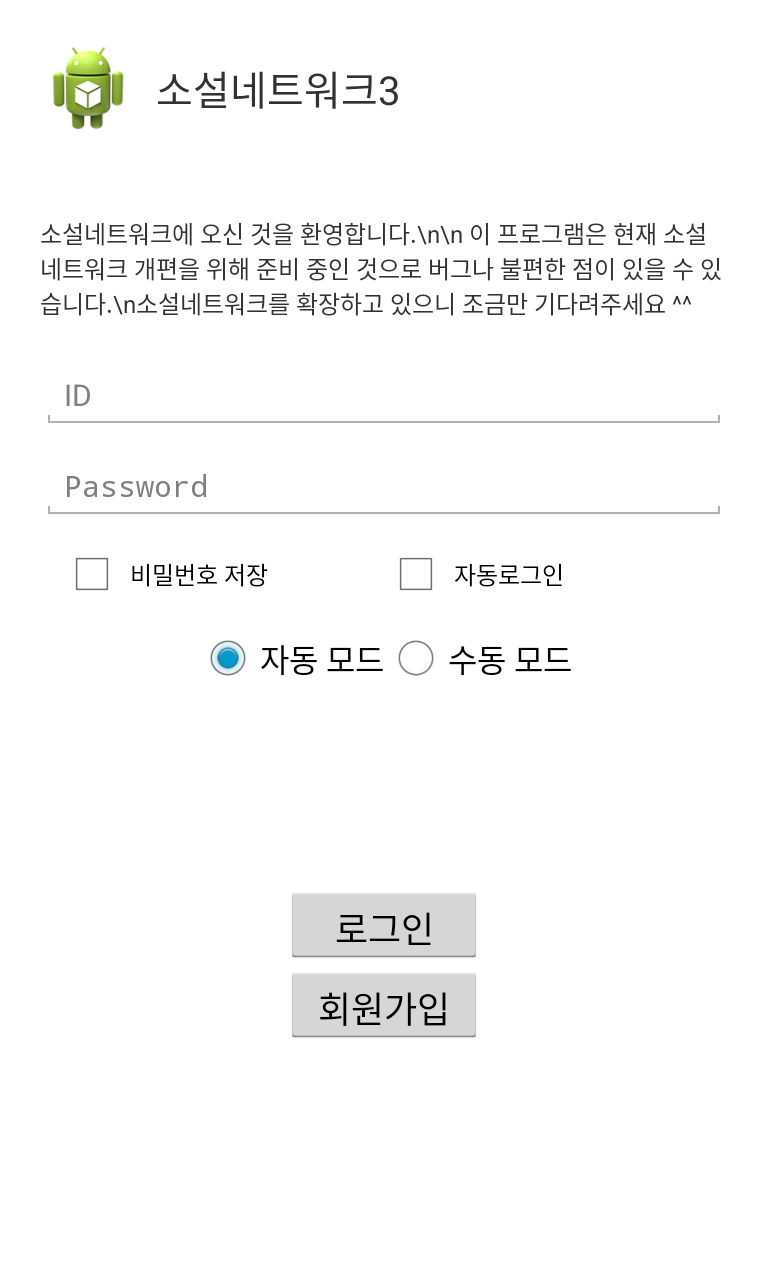
Repository: yjaeseok/gnssm_android_codelab
Layout: source/Day2-View/res/layout/test.xml
The author's editor kept a copy of each file at every save. The layout is drawn from the files as they stood at one save, then again after the next save.
It is drawn on a 768 x 1280 px phone screen (xhdpi) without system bars, with theme AppTheme; the app's code is not run.

Above is the layout before, as saved 2014-04-01 16:19:50.

### source/Day2-View/res/layout/test.xml
<?xml version="1.0" encoding="utf-8"?>
<LinearLayout xmlns:android="http://schemas.android.com/apk/res/android"
    android:layout_width="match_parent"
    android:layout_height="match_parent"
    android:background="@android:color/white"
    android:focusable="true"
    android:focusableInTouchMode="true"
    android:gravity="center"
    android:orientation="vertical"
    android:padding="20dp" >

    <LinearLayout
        android:layout_width="match_parent"
        android:layout_height="160dp"
        android:orientation="vertical"
        android:paddingBottom="20dp" >

        <LinearLayout
            android:layout_width="match_parent"
            android:layout_height="wrap_content" >

            <ImageView
                android:layout_width="wrap_content"
                android:layout_height="wrap_content"
                android:src="@drawable/ic_launcher" />

            <TextView
                android:layout_width="wrap_content"
                android:layout_height="match_parent"
                android:gravity="center_vertical"
                android:text="  소설네트워크3"
                android:textSize="20dp" >
            </TextView>
        </LinearLayout>

        <TextView
            android:layout_width="match_parent"
            android:layout_height="match_parent"
            android:gravity="bottom"
            android:text="소설네트워크에 오신 것을 환영합니다.\n\n 이 프로그램은 현재 소설네트워크 개편을 위해 준비 중인 것으로 버그나 불편한 점이 있을 수 있습니다.\n소설네트워크를 확장하고 있으니 조금만 기다려주세요 ^^"
            android:textSize="12dp" />
    </LinearLayout>

    <EditText
        android:id="@+id/edit_id"
        android:layout_width="fill_parent"
        android:layout_height="wrap_content"
        android:hint="ID"
        android:singleLine="true"
        android:textSize="15dp" />

    <LinearLayout
        android:layout_width="fill_parent"
        android:layout_height="10dp" />

    <EditText
        android:id="@+id/edit_password"
        android:layout_width="fill_parent"
        android:layout_height="wrap_content"
        android:hint="Password"
        android:inputType="textPassword"
        android:singleLine="true"
        android:textSize="15dp" />

    <LinearLayout
        android:layout_width="fill_parent"
        android:layout_height="wrap_content"
        android:gravity="center"
        android:orientation="horizontal"
        android:padding="10dp" >

        <CheckBox
            android:id="@+id/chk_save_password"
            android:layout_width="0dp"
            android:layout_height="wrap_content"
            android:layout_weight="1"
            android:text=" 비밀번호 저장"
            android:textSize="12dp" />

        <CheckBox
            android:id="@+id/chk_auto_login"
            android:layout_width="0dp"
            android:layout_height="wrap_content"
            android:layout_weight="1"
            android:text=" 자동로그인"
            android:textSize="12dp" />
    </LinearLayout>

    <RadioGroup
        android:layout_width="wrap_content"
        android:layout_height="wrap_content"
        android:orientation="horizontal" >

        <RadioButton
            android:layout_width="wrap_content"
            android:layout_height="wrap_content"
            android:checked="true"
            android:text="자동 모드" />

        <RadioButton
            android:layout_width="wrap_content"
            android:layout_height="wrap_content"
            android:text="수동 모드" />
    </RadioGroup>

    <LinearLayout
        android:layout_width="fill_parent"
        android:layout_height="fill_parent"
        android:gravity="center"
        android:orientation="vertical"
        android:padding="10dp" >

        <Button
            android:id="@+id/btn_login"
            android:layout_width="wrap_content"
            android:layout_height="40dp"
            android:gravity="center"
            android:minWidth="100dp"
            android:text="로그인" />

        <Button
            android:id="@+id/btn_join"
            android:layout_width="wrap_content"
            android:layout_height="40dp"
            android:gravity="center"
            android:minWidth="100dp"
            android:text="회원가입" />
    </LinearLayout>

</LinearLayout>

Loaded but not shown: source/Day2-View/res/values/styles.xml (common file); source/Day2-View/res/values-v11/styles.xml (common file); source/Day2-View/res/values-v14/styles.xml (common file)

After the next save:
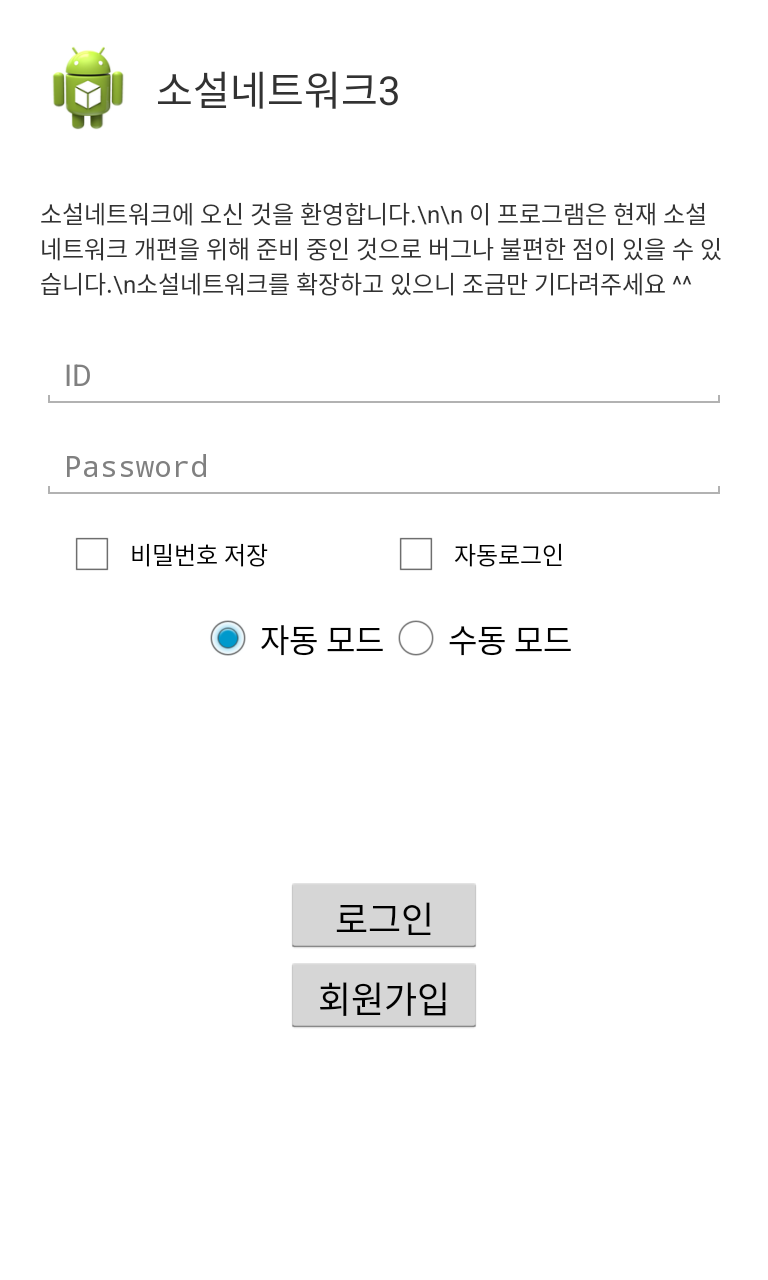
Saved 51 s later.
--- a/source/Day2-View/res/layout/test.xml
+++ b/source/Day2-View/res/layout/test.xml
@@ -11,7 +11,7 @@
 
     <LinearLayout
         android:layout_width="match_parent"
-        android:layout_height="160dp"
+        android:layout_height="150dp"
         android:orientation="vertical"
         android:paddingBottom="20dp" >
 
